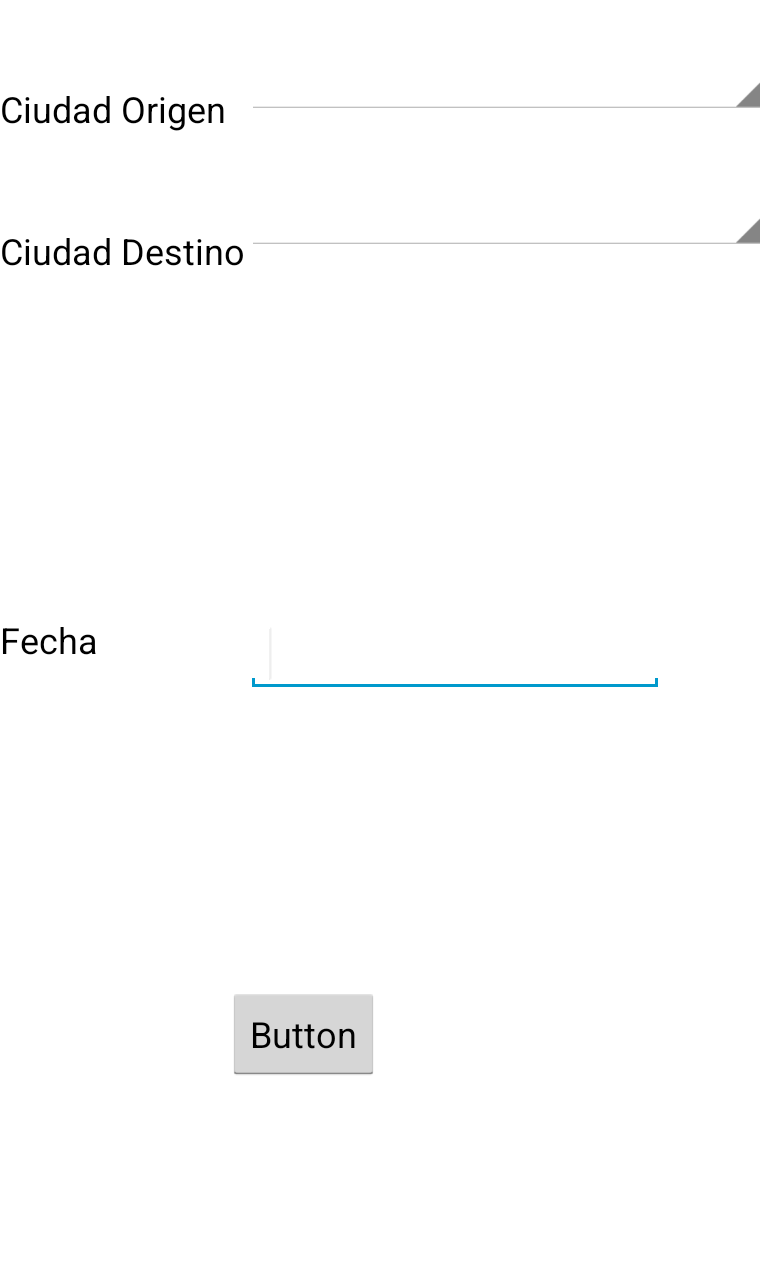
Repository: fmora/ProyectoMultimedios
Layout: MainActivity/MainActivity/res/layout/search_travel.xml
An editor plug-in stored every save of this project. The layout is shown before and after the next save, followed by the edit.
It is drawn on a 768 x 1280 px phone screen (xhdpi) without system bars, with theme AppTheme; the app's code is not run.

Above is the layout before, as saved 2013-12-19 22:52:11.

### MainActivity/MainActivity/res/layout/search_travel.xml
<?xml version="1.0" encoding="utf-8"?>
<RelativeLayout xmlns:android="http://schemas.android.com/apk/res/android"
    android:layout_width="match_parent"
    android:layout_height="match_parent"
    android:orientation="vertical" >

    <Spinner
        android:id="@+id/spinner1"
        android:layout_width="match_parent"
        android:layout_height="wrap_content"
        android:layout_alignLeft="@+id/spinner2"
        android:layout_alignParentTop="true"
        android:layout_marginTop="26dp" />

    <Spinner
        android:id="@+id/spinner2"
        android:layout_width="match_parent"
        android:layout_height="wrap_content"
        android:layout_alignParentRight="true"
        android:layout_below="@+id/spinner1"
        android:layout_marginTop="36dp"
        android:layout_toRightOf="@+id/textView2" />

    <TextView
        android:id="@+id/textView1"
        android:layout_width="wrap_content"
        android:layout_height="wrap_content"
        android:layout_alignParentLeft="true"
        android:layout_alignTop="@+id/spinner1"
        android:layout_marginTop="16dp"
        android:text="@string/es_source"
        android:textAppearance="?android:attr/textAppearanceMedium" />

    <TextView
        android:id="@+id/textView2"
        android:layout_width="wrap_content"
        android:layout_height="wrap_content"
        android:layout_alignParentLeft="true"
        android:layout_alignTop="@+id/spinner2"
        android:layout_marginTop="19dp"
        android:text="@string/es_destination"
        android:textAppearance="?android:attr/textAppearanceMedium" />

    <Button
        android:id="@+id/button1"
        android:layout_width="wrap_content"
        android:layout_height="wrap_content"
        android:layout_alignParentBottom="true"
        android:layout_marginBottom="99dp"
        android:layout_toRightOf="@+id/textView1"
        android:text="Button" />

    <EditText
        android:id="@+id/editText1"
        android:layout_width="wrap_content"
        android:layout_height="wrap_content"
        android:layout_alignLeft="@+id/spinner2"
        android:layout_alignTop="@+id/TextView01"
        android:ems="10" >

        <requestFocus />
    </EditText>

    <TextView
        android:id="@+id/TextView01"
        android:layout_width="wrap_content"
        android:layout_height="wrap_content"
        android:layout_alignParentLeft="true"
        android:layout_centerVertical="true"
        android:text="@string/es_date"
        android:textAppearance="?android:attr/textAppearanceMedium" />

</RelativeLayout>

### MainActivity/MainActivity/res/values/strings.xml
<?xml version="1.0" encoding="utf-8"?>
<resources>

    <string name="app_name">Carpooling</string>
    <string name="action_settings">Settings</string>
    <string name="hello_world">Hello world!</string>
    <string name="es_registerTravel">Por favor llenar los siguientes campos respecto a la información relativa a su viaje.</string>
    <string name="es_source">Ciudad Origen</string>
    <string name="es_destination">Ciudad Destino</string>
    <string name="es_date">Fecha</string>
    <string name="es_hour">Hora</string>
    <string name="es_sourcePoint">Punto de Partida</string>
    <string name="es_sourcePointGPS">Punto de Partida GPS</string>
    <string name="es_destinationPoint">Punto de Llegada</string>
    <string name="es_destinationPointGPS">Punto de Llegada GPS</string>
    <string name="es_register">Registrar</string>
    <string name="es_cancel">Cancelar</string>
    <string name="title_activity_register_travel">Registro de Viaje</string>
    <string name="es_registring">Registrando</string>
    <string name="es_canceling">Cancelado</string>
    <string name="es_finish">Finalizado</string>
    <string name="es_registered">Registrado</string>
    <string name="es_loaded">Datos Cargados</string>
    <string name="es_search">Buscar</string>
    <string name="name">user</string>
    <string name="pass">pass</string>
    <string name="error_message">Usuario y contraseña incorrectos, por favor ingrese nuevamente.</string>
    <string name="title_activity_search__travel">Search_Travel</string>
    <string name="title_activity_search_travel">SearchTravel</string>

</resources>

Loaded but not shown: MainActivity/MainActivity/res/values/styles.xml (common file); MainActivity/MainActivity/res/values-v11/styles.xml (common file); MainActivity/MainActivity/res/values-v14/styles.xml (common file)

After the next save:
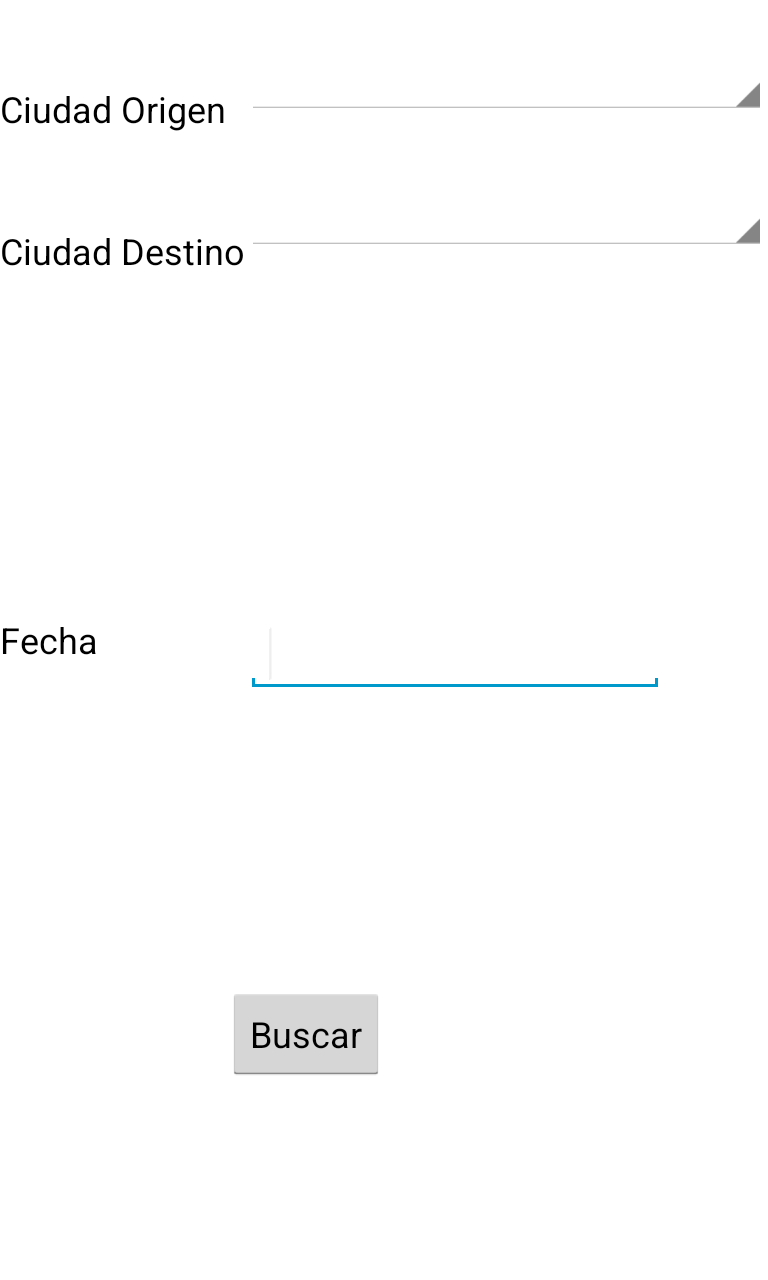
Saved 40 s later.
--- a/MainActivity/MainActivity/res/layout/search_travel.xml
+++ b/MainActivity/MainActivity/res/layout/search_travel.xml
@@ -48,7 +48,7 @@
         android:layout_alignParentBottom="true"
         android:layout_marginBottom="99dp"
         android:layout_toRightOf="@+id/textView1"
-        android:text="Button" />
+        android:text="@string/es_search" />
 
     <EditText
         android:id="@+id/editText1"
